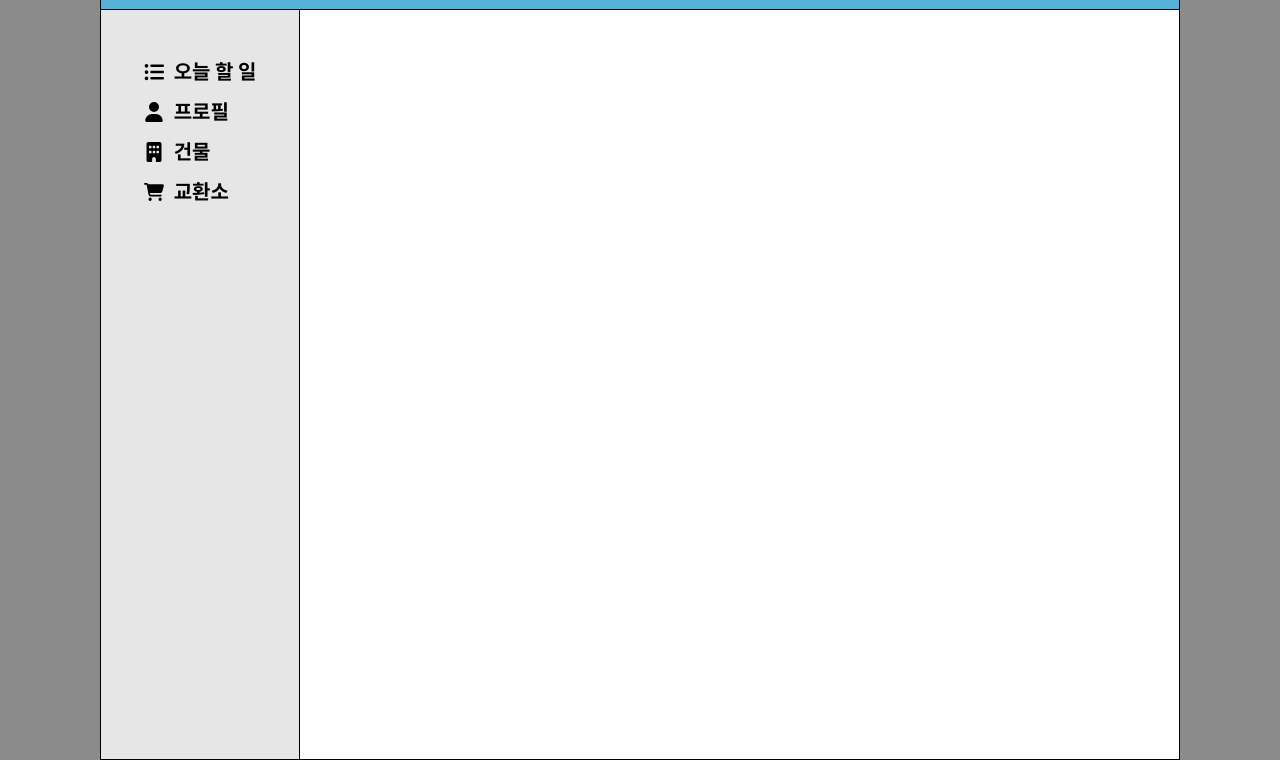
Repository: sunoo-lee/toVillage-old
Page: /#/
These files come from the project's save history. The page is drawn as it stood at one moment and after the next save; the edit follows.
The browser window is 1280 px wide. The pictures show the whole page.
The project was rebuilt for these pictures with package versions that can differ from the ones it lists, and the page was loaded fresh each time. Also part of the build but not shown: src/routes/Auth.js, src/routes/Profile.js, src/routes/Building.js, src/routes/Trade.js.

Above is the page before, as saved 2022-10-13 01:59:23.

### src/components/App.js
import React, { useState } from "react";
import AppRouter from "./Router";

function App() {
  const [isLoggedIn, setIsLoggedIn] = useState(true);
  const onClick = () => {
    setIsLoggedIn(!isLoggedIn);
  };
  return (
    <>
      <AppRouter onClick={onClick} isLoggedIn={isLoggedIn} />
    </>
  );
}

export default App;

### src/style.css
@import url("https://fonts.googleapis.com/css2?family=Noto+Sans+KR:wght@400;500;700&display=swap");

* {
  box-sizing: border-box;
}

html,
body {
  padding: 0;
  margin: 0;
  font-family: "Noto Sans KR", -apple-system, BlinkMacSystemFont, Segoe UI,
    Roboto, Oxygen, Ubuntu, Cantarell, Fira Sans, Droid Sans, Helvetica Neue,
    sans-serif;
}

body {
  display: flex;
  justify-content: center;
  align-items: center;
  height: 800px;
  width: 1080px;
  margin: auto;
  height: 100vh;
  background-color: #9dbac7;
  background-color: #8b8b8b;
}

.container {
  border: 1px solid black;
  background-color: aliceblue;
  background-color: #ffffff;
  min-width: 600px;
  width: 1080px;
  height: 800px;
  padding-left: 200px;
  padding-top: 50px;
  display: flex;
  justify-content: center;
}

### src/components/Router.js
import { HashRouter as Router, Routes, Route } from "react-router-dom";
import Auth from "../routes/Auth";
import Home from "../routes/Home";
import Profile from "../routes/Profile";
import Building from "../routes/Building";
import Trade from "../routes/Trade";
import Header from "./Header";
import Navigation from "./Navigation";

const AppRouter = ({ onClick, isLoggedIn }) => {
  return (
    <Router>
      {isLoggedIn}
      <Header />
      <Navigation onClick={onClick} />
      <Routes>
        {isLoggedIn ? (
          <>
            <Route
              exact
              path="/"
              element={<Home onClick={onClick} isLoggedIn={isLoggedIn} />}
            />
            <Route path="/profile" element={<Profile />} />
            <Route path="/building" element={<Building />} />
            <Route path="/trade" element={<Trade />} />
          </>
        ) : (
          <>
            <Route exact path="/" element={<Auth />} />
          </>
        )}
      </Routes>
    </Router>
  );
};

export default AppRouter;

### src/routes/Home.js
import React from "react";
import Main from "../components/Main";

const Home = () => {
  return (
    <>
      <div className={"container"}>
        <Main />
      </div>
    </>
  );
};

export default Home;

### src/components/Header.js
import { React } from "react";
import styles from "./Header.module.css";
import { FontAwesomeIcon } from "@fortawesome/react-fontawesome";
import { faBars, faUser } from "@fortawesome/free-solid-svg-icons";
// import MiniProfile from "./MiniProfile";

const Header = () => (
  <header id={styles.header}>
    <div className={styles.container}>
      <div className={styles.header_left}>
        <button className={styles.toggle_btn}>
          <FontAwesomeIcon icon={faBars} />
        </button>
      </div>
      <div className={styles.header_center}>
        {/* {new Date().getFullYear()}/{new Date().getMonth() + 1}/
      {new Date().getDate()} */}
      </div>
      <div className={styles.header_right}>
        <button>
          <FontAwesomeIcon icon={faUser} />
        </button>
        {/* <MiniProfile /> */}
      </div>
    </div>
  </header>
);

export default Header;

### src/components/Navigation.js
import { React } from "react";
import { Link } from "react-router-dom";
// import MiniProfile from "./MiniProfile";
import styles from "./Navigation.module.css";
import { FontAwesomeIcon } from "@fortawesome/react-fontawesome";
import {
  faUser,
  faBuilding,
  faCartShopping,
  faListUl,
} from "@fortawesome/free-solid-svg-icons";

const Navigation = () => (
  <nav id={styles.nav}>
    {/* <MiniProfile /> */}
    <div className={styles.container}>
      <ul>
        <li>
          <Link to="/">
            <FontAwesomeIcon icon={faListUl} />
            <span>오늘 할 일</span>
          </Link>
        </li>
        <li>
          <Link to="/profile">
            <FontAwesomeIcon icon={faUser} />
            <span>프로필</span>
          </Link>
        </li>
        <li>
          <Link to="/building">
            <FontAwesomeIcon icon={faBuilding} />
            <span>건물</span>
          </Link>
        </li>
        <li>
          <Link to="/trade">
            <FontAwesomeIcon icon={faCartShopping} />
            <span>교환소</span>
          </Link>
        </li>
      </ul>
      {/* <button onClick={onClick}>SIGN OUT</button> */}
    </div>
  </nav>
);

export default Navigation;

### src/components/Main.js
import React, { useState, useEffect } from "react";
import { FontAwesomeIcon } from "@fortawesome/react-fontawesome";
import { faTrash, faPencilAlt } from "@fortawesome/free-solid-svg-icons";
import styles from "./Main.module.css";

const Main = () => {};

export default Main;

### src/components/Header.module.css
:root {
  --theme_color: #55b3d9;
}

#header {
  position: absolute;
  width: 1080px;
  z-index: 100;
}

.container {
  background-color: #bce5f5;
  background-color: var(--theme_color);
  width: 100%;
  height: 50px;
  display: flex;
  justify-content: space-between;
  align-items: center;
  padding: 0 40px;
  border: 1px solid black;
}
.header_left .toggle_btn {
  width: 30px;
  height: 30px;
  border: none;
  outline: none;
  border-radius: 50%;
  background-color: whitesmoke;
  background-color: transparent;
  color: #ffffff;
  cursor: pointer;
  font-size: 1.3rem;
}
.header_center {
  font-weight: 700;
  font-size: 1.4em;
}

.header_right button {
  width: 30px;
  height: 30px;
  border: none;
  outline: none;
  border-radius: 50%;
  background-color: whitesmoke;
  cursor: pointer;
  text-align: center;
  color: var(--theme_color);
}

### src/components/Navigation.module.css
#nav {
  width: 200px;
  height: 800px;
  position: absolute;
  z-index: 50;
  padding-top: 50px;
  background-color: #b6ee91;
  background-color: #e6e6e6;
  border: 1px solid black;
  display: flex;
  align-items: center;
  flex-direction: column;
  padding: 60px 10px 10px;
}

.container {
  position: relative;
  margin-top: 10px;
  width: 100%;
  height: 420px;
  /* background-color: #ffffff; */
  /* box-shadow: 0 35px 80px #00000015; */
  border-radius: 20px;
  padding: 20px;
  display: flex;
  flex-direction: column;
  align-items: center;
}
.container ul {
  text-align: left;
}
.container ul li a {
  font-size: 20px;
  color: #696969;
  color: #000000;
  font-weight: 700;
  line-height: 40px;
  text-decoration: none;
}
.container ul li a svg {
  width: 20px;
  margin-right: 10px;
}

.container button {
  position: absolute;
  bottom: 20px;
  padding: 7px 10px;
  border-radius: 5px;
  border: none;
  outline: none;
  font-size: 1em;
  font-weight: 700;
  background-color: #58a8eb;
  color: #ffffff;
  cursor: pointer;
}

### src/components/Main.module.css
:root {
  --theme_color: #55b3d9;
}

.container {
  margin-top: 40px;
  width: 600px;
}

.container h1 {
  margin-bottom: 20px;
}

.title {
  font-size: 28px;
  font-weight: 700;
  color: #333333;
}

.list {
  width: 600px;
  /* margin: 20px 0; */
}

.list .item {
  background-color: #ffffff;
  padding: 5px 0;
  line-height: 28px;
  display: flex;
  align-items: center;
  justify-content: space-between;
  border-bottom: 1px solid #c7c7c7;
}

.list .item:first-child {
  border-top: 1px solid #c7c7c7;
}

.list .item input[type="checkbox"] {
  width: 20px;
  height: 20px;
  border-radius: 50px;
  border: 1px solid #999999;
  appearance: none;
  margin-right: 10px;
}

.list .item input[type="checkbox"]:checked {
  background: var(--theme_color);
  border: none;
}
.list .item div {
  margin: auto 0;
  display: flex;
}
.list .item div button {
  border-radius: 50%;
  border: none;
  margin: auto 3px;
  height: 24px;
  width: 24px;
  box-shadow: 0 0 3px 0 #00000088;
  background-color: #ffffff;
  color: #333333;
}

.add_form {
  position: relative;
}

.add_form .list_input {
  margin: 5px 0;
  width: 600px;
  font-size: 16px;
  padding: 7px 15px;
  border: 1px solid #c7c7c7;
  border-radius: 5px;
}

.add_form .list_input:focus {
  outline: none;
  border: 1px solid var(--theme_color);
}

.add_form .add_btn {
  display: block;
  position: absolute;
  right: 0;
  font-size: 14px;
  background-color: var(--theme_color);
  border: 1px solid var(--theme_color);
  /* border: none; */
  border-radius: 5px;
  padding: 5px 10px;
  color: #ffffff;
  font-weight: 700;
  cursor: pointer;
}

Loaded but not shown: public/index.html (common file); src/index.js (common file); src/reset.css (common file)

After the next save:
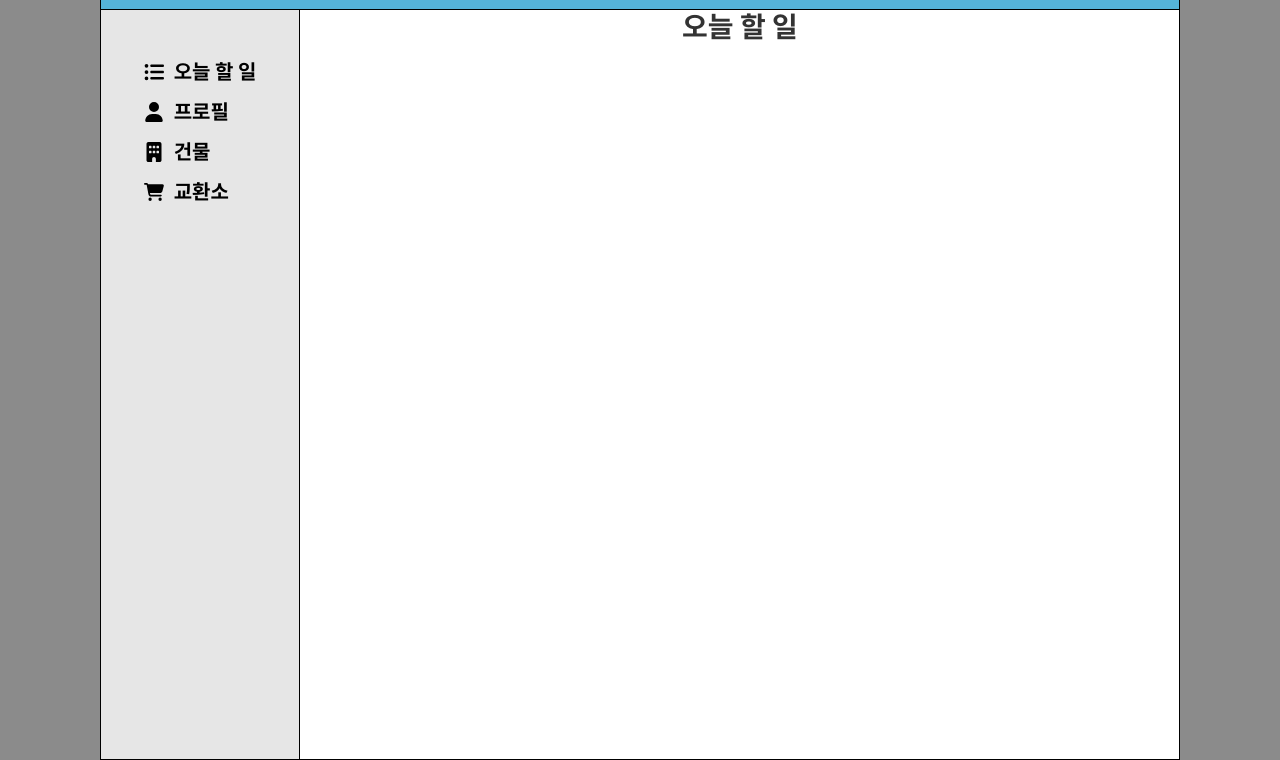
Saved 21 s later.
--- a/src/components/Main.js
+++ b/src/components/Main.js
@@ -3,6 +3,14 @@ import { FontAwesomeIcon } from "@fortawesome/react-fontawesome";
 import { faTrash, faPencilAlt } from "@fortawesome/free-solid-svg-icons";
 import styles from "./Main.module.css";
 
-const Main = () => {};
+const Main = () => {
+  return (
+    <div>
+      <h1>
+        <span className={styles.title}>오늘 할 일</span>
+      </h1>
+    </div>
+  );
+};
 
 export default Main;
